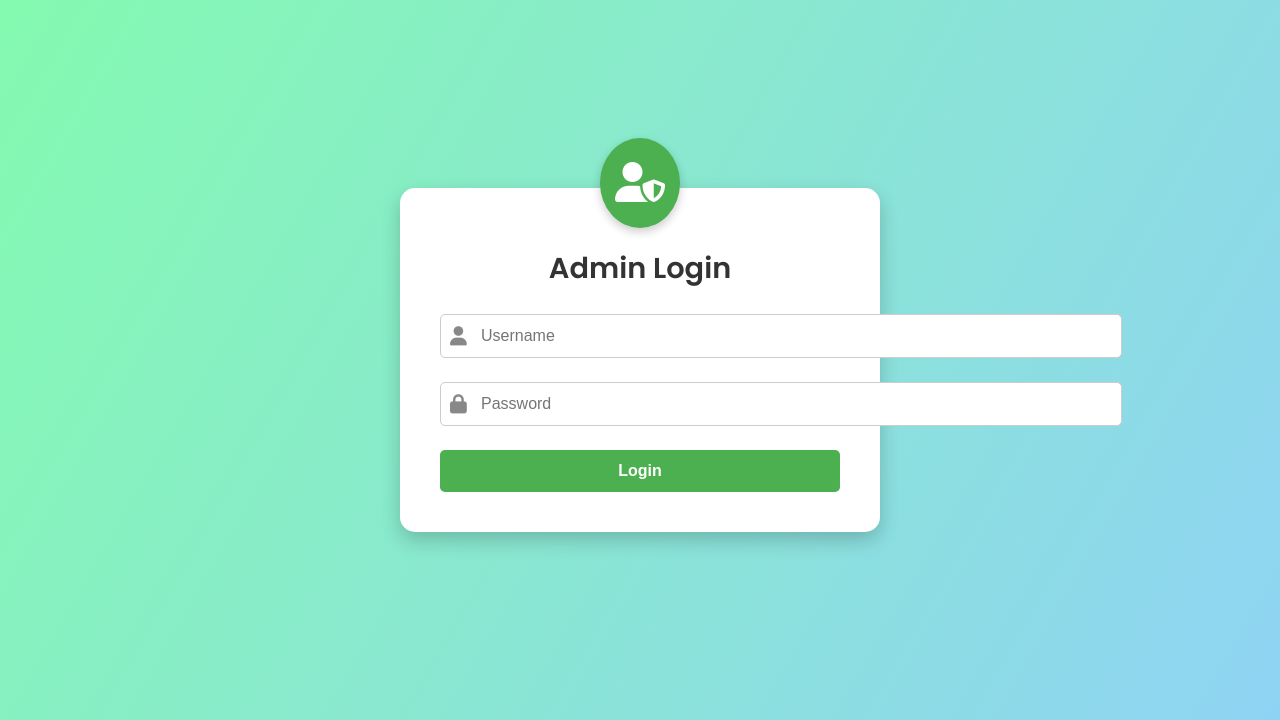
Repository: Syed1818/project
Page: http://localhost/admin_login.php
The author's editor kept a copy of each file at every save. The page is drawn from the files as they stood at one save, then again after the next save.
The browser window is 1280 px wide. The pictures show the whole page.
The page is run by PHP 8.4 with error messages shown; the project is at /var/www/html/.

Above is the page before, as saved 2024-12-07 17:08:53.

After the next save:
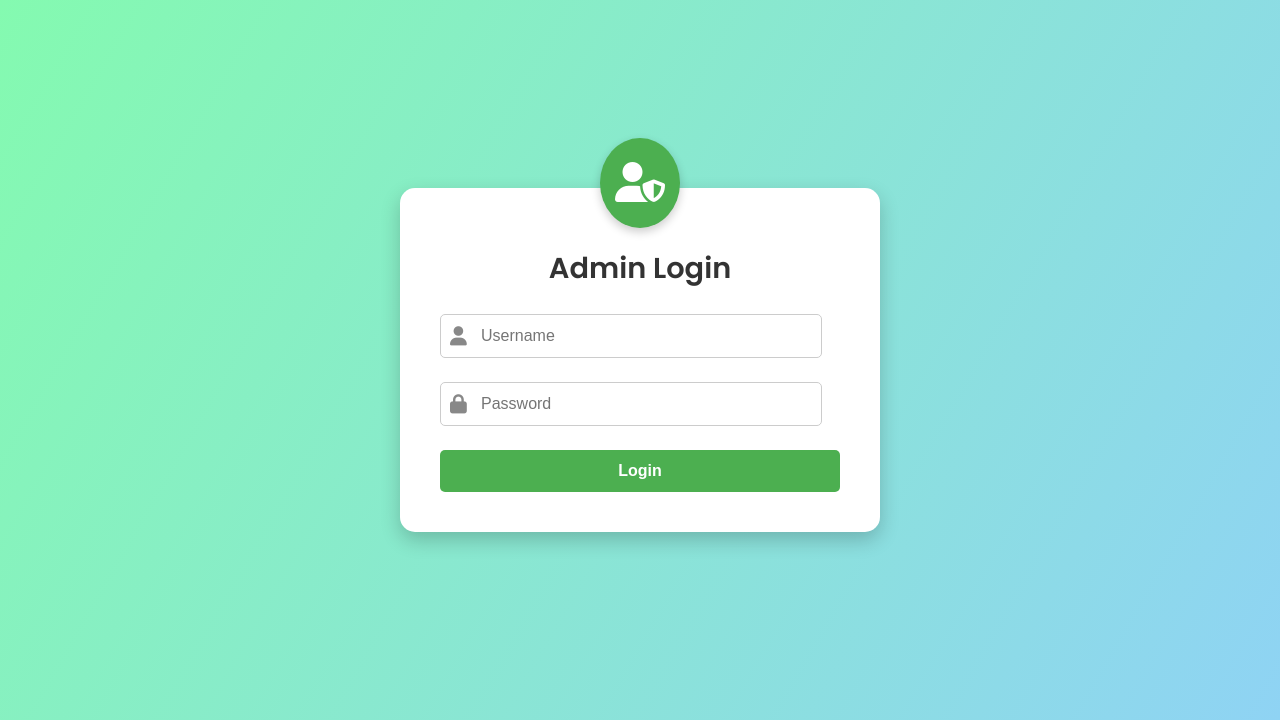
Saved 7 s later.
--- a/admin_login.php
+++ b/admin_login.php
@@ -68,7 +68,7 @@ body {
 
         .input-container input,
         .input-container textarea {
-            width: 600px;
+            width: 300px;
             padding: 0.75rem 2.5rem;
             border: 1px solid #ccc;
             border-radius: 5px;
